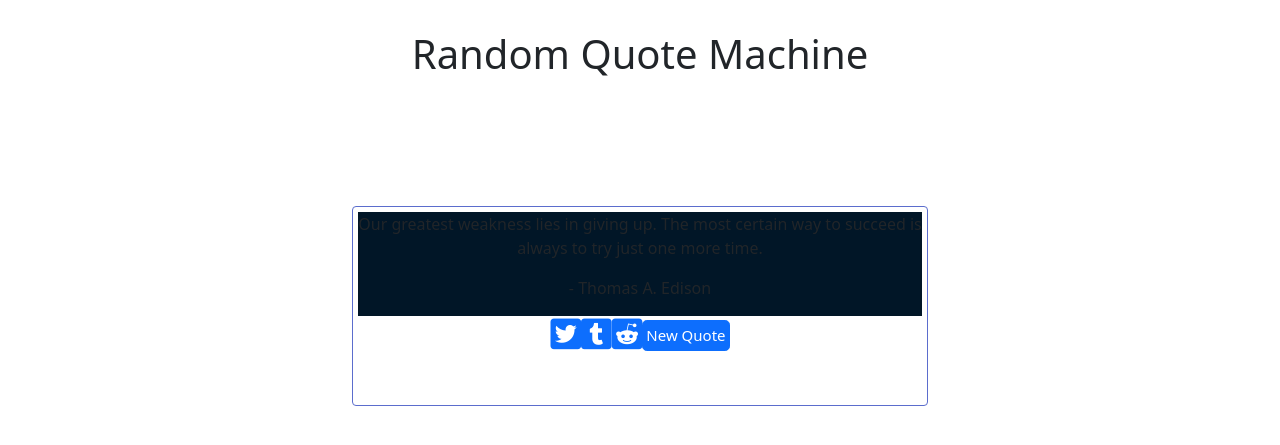
Repository: LuismGil/Random-quote-machine
Page: /
These files come from the project's save history. The page is drawn as it stood at one moment and after the next save; the edit follows.
The browser window is 1280 px wide. The pictures show the whole page.
The project was rebuilt for these pictures with package versions that can differ from the ones it lists, and the page was loaded fresh each time.

Above is the page before, as saved 2021-01-27 10:10:28.

After the next save:
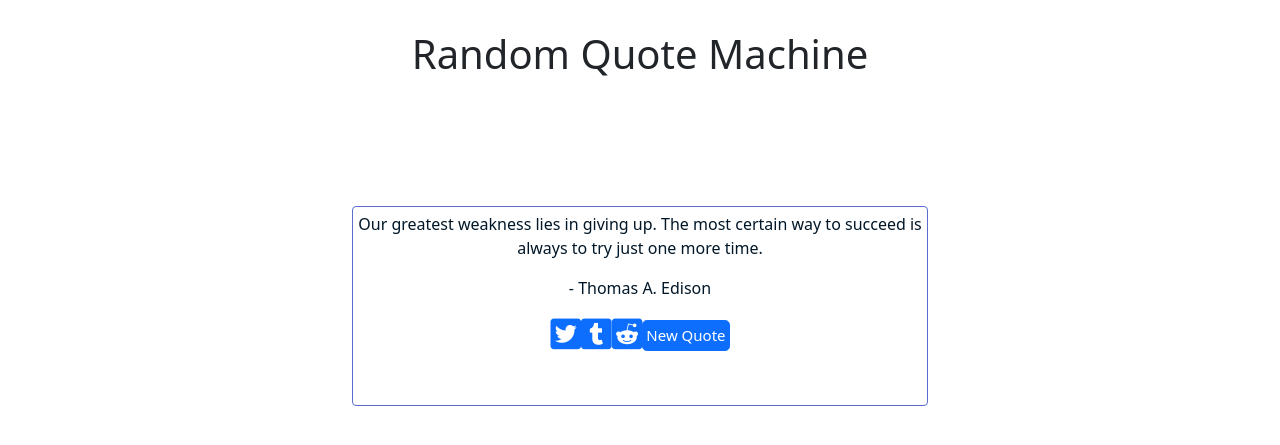
Saved 39 s later.
--- a/src/index.js
+++ b/src/index.js
@@ -129,7 +129,7 @@ const NewQuote = props => {
   const { quote } = props;
 
   return (
-    <div style={{ backgroundColor: quote.color }}>
+    <div style={{ color: quote.color }}>
       <p>{quote.quote}</p>
       <p id="author">{quote.author} </p>
     </div>
